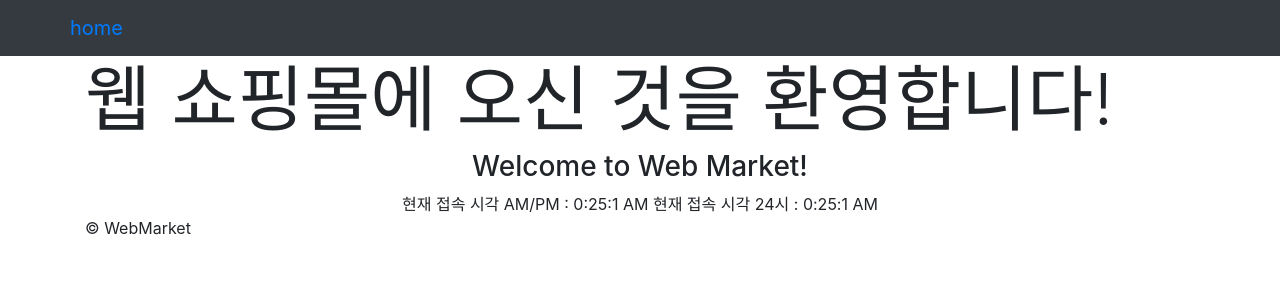
Repository: realseungju/JSP
Page: http://localhost/WebMarket/web_front_page.jsp
The author's editor kept a copy of each file at every save. The page is drawn from the files as they stood at one save, then again after the next save.
The browser window is 1280 px wide. The pictures show the whole page.
The page is served by Tomcat 9.

Above is the page before, as saved 2021-11-22 02:39:20.

After the next save:
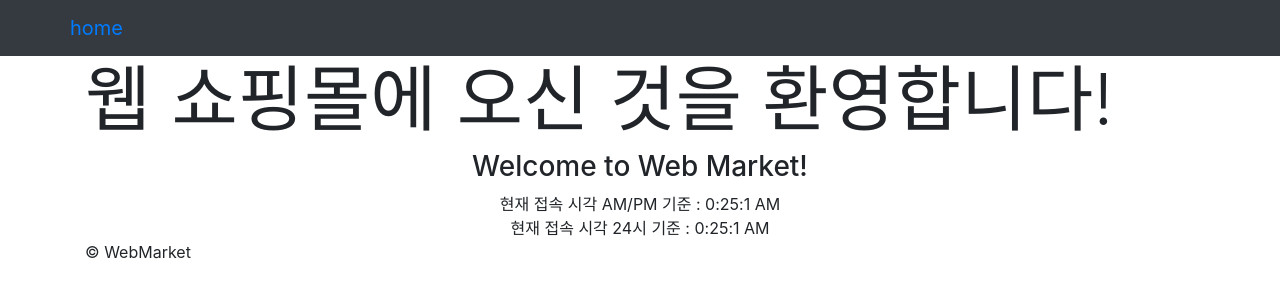
Saved 51 s later.
--- a/JSP_Work/WebMarket/WebContent/web_front_page.jsp
+++ b/JSP_Work/WebMarket/WebContent/web_front_page.jsp
@@ -52,8 +52,8 @@
 	 				}
 	 				String CT = hour + ":" + min + ":" + sec + " " + am_pm;
 	 				String CT2 = hour2 + ":" + min + ":" + sec + " ";
-	 				out.println("현재 접속 시각 AM/PM : " + CT + "\n");
-	 				out.println("현재 접속 시각 24시 : " + CT + "\n");
+	 				out.println("현재 접속 시각 AM/PM 기준 : " + CT + "<br>");
+	 				out.println("현재 접속 시각 24시 기준 : " + CT + "<br>");
 
 	 			%>
 	 		</div>
